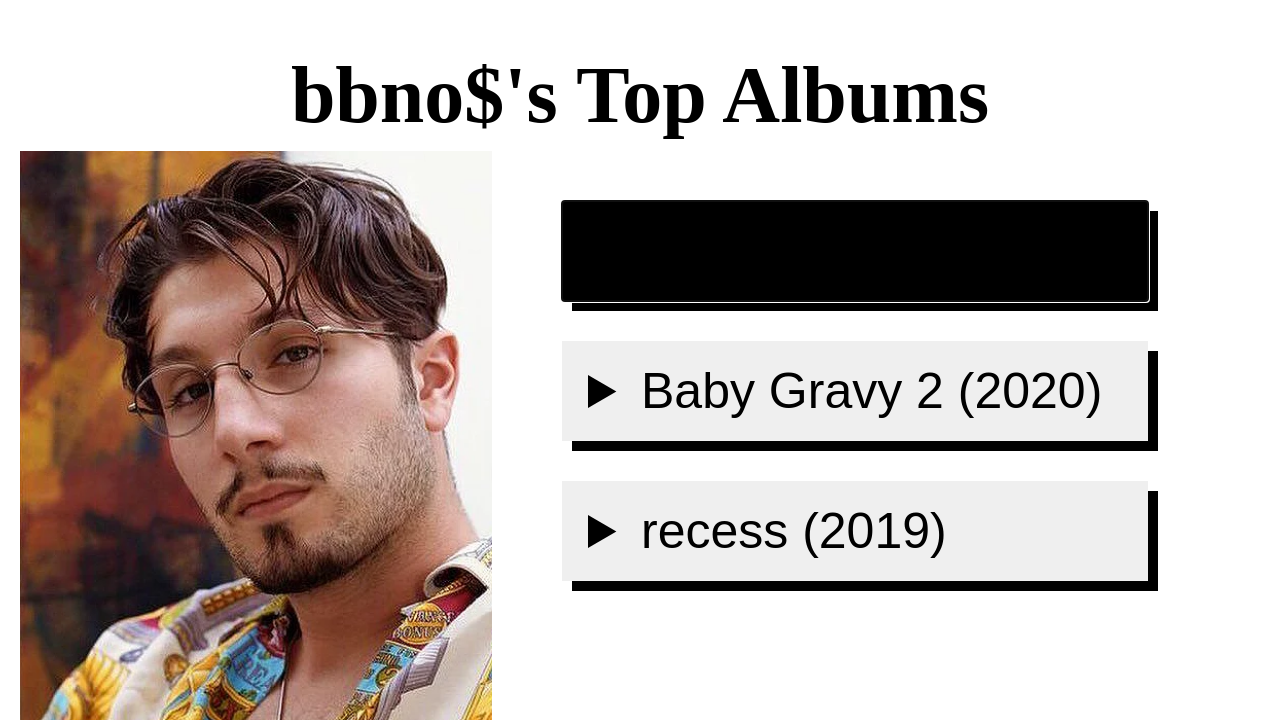
Repository: Jennica1/Lab1
Page: /
The author's editor kept a copy of each file at every save. The page is drawn from the files as they stood at one save, then again after the next save.
The browser window is 1280 px wide. The pictures show the whole page.
The first visible `button` has the focus.
The project was rebuilt for these pictures with package versions that can differ from the ones it lists, and the page was loaded fresh each time. Also part of the build but not shown: vite.config.js.

Above is the page before, as saved 2024-09-09 19:11:32.

After the next save:
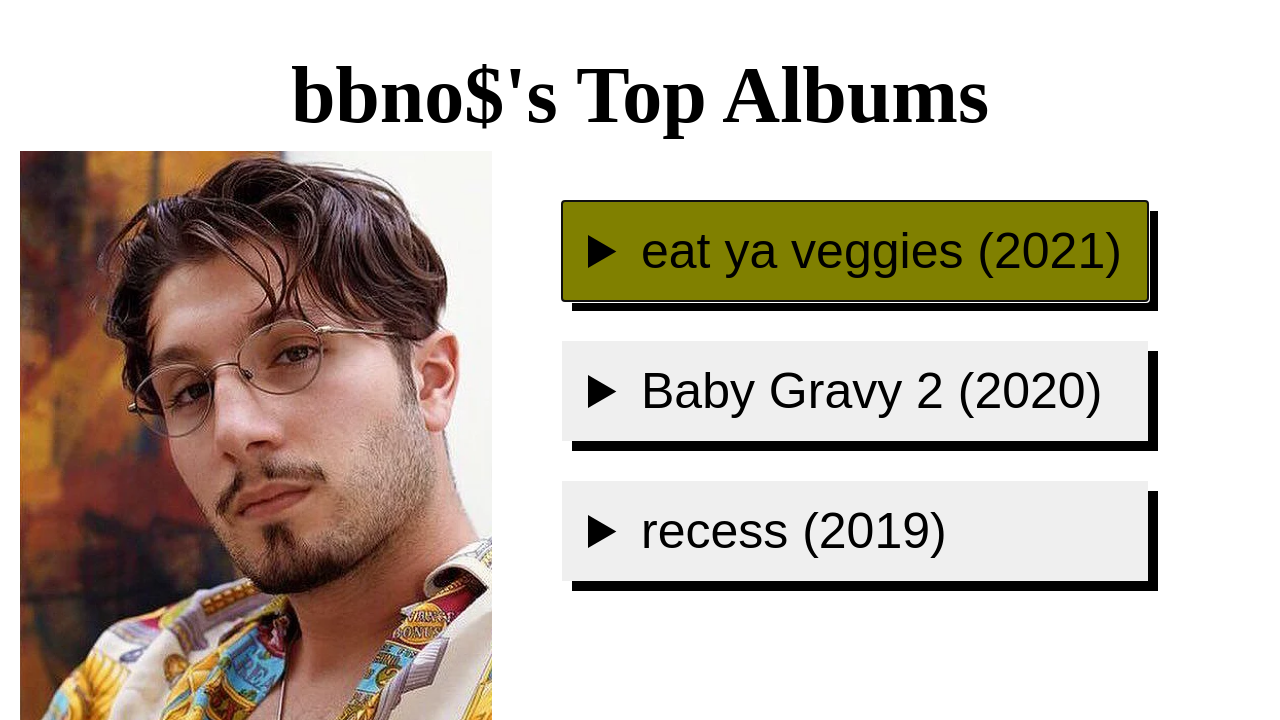
Saved 113 s later.
--- a/src/index.css
+++ b/src/index.css
@@ -10,10 +10,13 @@
     box-shadow: 10px 10px;
 }
 
-button:focus {
-    background-color: black;
+button:active{
+    background:olive;
 }
 
+button:focus{
+    background:olive;
+}
 p {
     font-size: 20px;
 }
